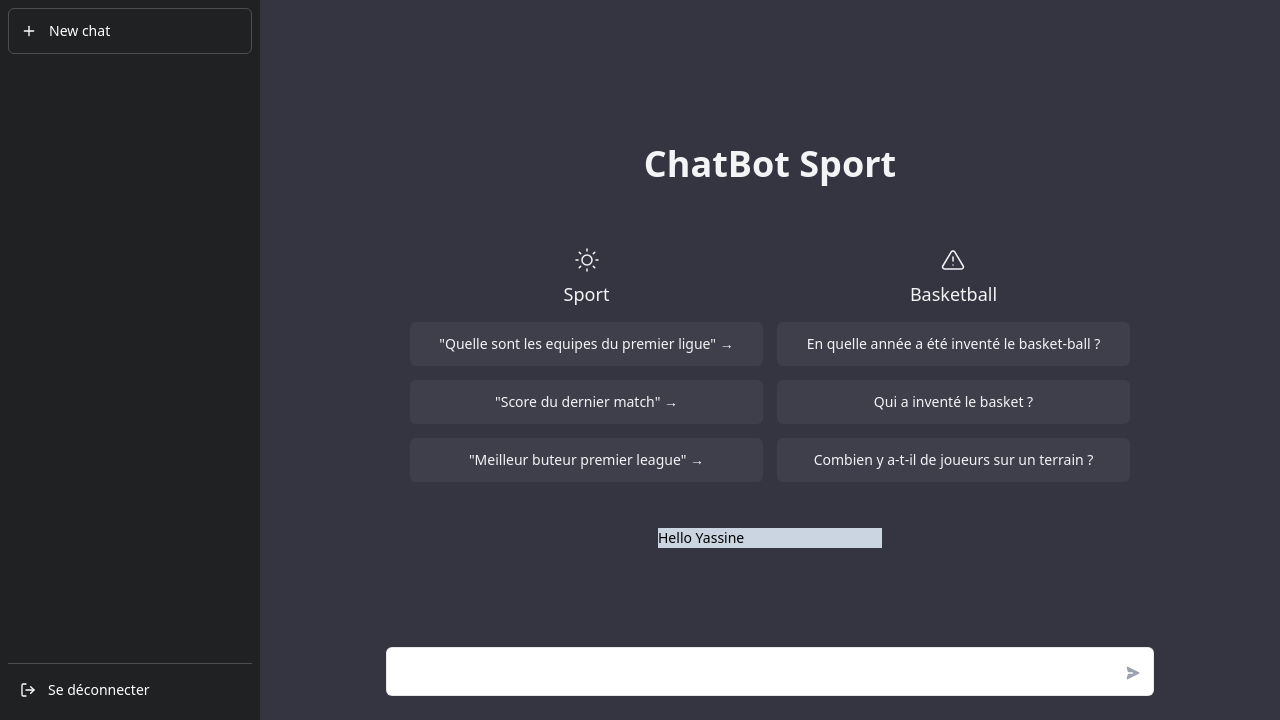
Repository: HaithemBenSlama/chatbot-front
Page: /, after clicking the first element matching `button.sc-gsFSXq`
These files come from the project's save history. The page is drawn as it stood at one moment and after the next save; the edit follows.
The browser window is 1280 px wide. The pictures show the whole page.
The project was rebuilt for these pictures with package versions that can differ from the ones it lists, and the page was loaded fresh each time. Also part of the build but not shown: src/constants/svg/lightningChargeIcon.js, src/constants/svg/externalLinkIcon.js, src/constants/svg/discordIcon.js, src/constants/svg/menuIcon.js, src/Components/Login/form-input.css.

Above is the page before, as saved 2023-05-01 22:03:40.

### src/App.js
import React from 'react'
import { LeftSection, RightSection } from './Components/main'
import { useState } from "react"
import Login from './Components/Login/Login';

const App = () => {
  const [isLoggedIn, setIsLoggedIn] = useState(false);
  return (
    <div>
      {isLoggedIn ? (
        <>
        <LeftSection setIsLoggedIn={setIsLoggedIn}/>
        <RightSection/>
        </>
      ) : (
        <Login setIsLoggedIn={setIsLoggedIn}/>
      )}
    </div>
  )
      }
export default App

### src/Components/main/index.js
import LeftSection from "./LeftSection";
import RightSection from "./RightSection";
import Footer from "./Footer";

export {RightSection, LeftSection, Footer}

### src/Components/Login/Login.jsx
import React from "react";
import "./login.css";
import * as Components from './Components';
import   { useState } from 'react';
import { useCookies } from "react-cookie";
import FormInput from "./FormInput";

const Login = ({setIsLoggedIn}) => {
    const [token,setToken]=useCookies(["user-token"]);
    const [signIn, toggle] = React.useState(true);
    const [data, setData] = useState();

    const [values, setValues] = useState({
        username: "",
        password: "",
    });
    const onChange = (e) => {
            setValues({ ...values, [e.target.name]: e.target.value });
    };

    const [valuesCreate, setValuesCreate] = useState({
        username: "",
        city: "",
        email: "",
        password: "",
    });
    const onChangeCreate = (e) => {
        setValuesCreate({ ...valuesCreate, [e.target.name]: e.target.value });
    };
    const handleSubmit = (e) => {
        e.preventDefault();
    };

    const inputs = [
        {
        id: 1,
        name: "username",
        type: "text",
        placeholder: "Username",
        errorMessage:
            "Username should be 3-16 characters and shouldn't include any special character!",
        label: "Username",
        pattern: "^[A-Za-z0-9]{3,16}$",
        required: true,
        },
        {
        id: 2,
        name: "password",
        type: "password",
        placeholder: "Password",
        errorMessage:
            "Password should be 8-20 characters and include at least 1 letter and 1 number!",
        label: "Password",
        pattern: `^(?=.*[0-9])(?=.*[a-zA-Z])[a-zA-Z0-9!@#$%^&*]{8,20}$`,
        required: true,
        },
    ];

    const inputsCreate = [
        {
        id: 1,
        name: "username",
        type: "text",
        placeholder: "Username",
        errorMessage:
            "Username should be 3-16 characters and shouldn't include any special character!",
        label: "Username",
        pattern: "^[A-Za-z0-9]{3,16}$",
        required: true,
        },
        {
            id: 2,
            name: "city",
            type: "text",
            placeholder: "City",
            errorMessage:
                "City name should be 3-16 characters and shouldn't include any special character!",
            label: "City",
            pattern: "^[A-Za-z]{3,16}$",
            required: true,
            },
        {
        id: 3,
        name: "email",
        type: "email",
        placeholder: "Email",
        errorMessage: "It should be a valid email address!",
        label: "Email",
        required: true,
        },
        {
        id: 4,
        name: "password",
        type: "password",
        placeholder: "Password",
        errorMessage:
            "Password should be 8-20 characters and include at least 1 letter and 1 number!",
        label: "Password",
        pattern: `^(?=.*[0-9])(?=.*[a-zA-Z])[a-zA-Z0-9!@#$%^&*]{8,20}$`,
        required: true,
        },
    ];

    const submitLog = async (e) => {
        e.preventDefault()
        const user = {
            username: values.username,
            password: values.password
        };
        const response=await fetch('http://127.0.0.1:8000/user/verif_user_login/', {
            method: 'POST',
            headers: {
                'accept': '*/*',
                'Content-Type':'multipart/form-data; boundary=--------------------------499310528544182401120976',
            },
            body:JSON.stringify(user)
        })
        const responseJson=await response.json();
        setToken("user-token",responseJson.usertoken);
    };

    const submitCreate = async (e) => {

        e.preventDefault()
        const user = {
            username: valuesCreate.username,
            city: valuesCreate.city,
            email: valuesCreate.email,
            password: valuesCreate.password
        };
        const response=await fetch('http://127.0.0.1:8000/user/verif_user/', {
            method: 'POST',
            headers: {
                'accept': '*/*',
                'Content-Type':'multipart/form-data; boundary=--------------------------499310528544182401120976',
            },
            body:JSON.stringify(user)
        })
        const responseJson=await response.json();
        setToken("user-token",responseJson.usertoken);
    };


        return(
            <div className="comp_body"><h1 className="logTitle">ChatBot</h1>
                <Components.Container>
                    <Components.SignUpContainer signinIn={signIn}>
                        <Components.Form  onSubmit={handleSubmit} >
                            <Components.Title>Create Account</Components.Title>
                            {inputsCreate.map((input) => (
                                <FormInput
                                    key={input.id}
                                    {...input}
                                    value={valuesCreate[input.name]}
                                    onChange={onChangeCreate}
                                />
                                ))}
                            <Components.Button onClick={submitCreate}>Sign Up</Components.Button>
                        </Components.Form>
                    </Components.SignUpContainer>

                    <Components.SignInContainer signinIn={signIn}>
                        <Components.Form >
                            <Components.Title>Log in</Components.Title>
                            {inputs.map((input) => (
                                <FormInput
                                    key={input.id}
                                    {...input}
                                    value={values[input.name]}
                                    onChange={onChange}
                                />
                                ))}
                            <Components.Anchor href='#'>Forgot your password?</Components.Anchor>
                            <Components.Button onClick={()=>{setIsLoggedIn(true)}} >Sign In</Components.Button>
                        </Components.Form>
                    </Components.SignInContainer>

                    <Components.OverlayContainer signinIn={signIn}>
                    <Components.Overlay signinIn={signIn}>

                    <Components.LeftOverlayPanel signinIn={signIn}>
                        <Components.Title>Welcome Back!</Components.Title>
                        <Components.Paragraph>
                            To keep connected with us please login with your personal info
                        </Components.Paragraph>
                        <Components.GhostButton onClick={() => toggle(true)}>
                            Sign In
                        </Components.GhostButton>
                        </Components.LeftOverlayPanel>

                        <Components.RightOverlayPanel signinIn={signIn}>
                            <Components.Title>Hello, Friend!</Components.Title>
                            <Components.Paragraph>
                                Enter Your personal details and start journey with us
                            </Components.Paragraph>
                                <Components.GhostButton onClick={() => toggle(false)}>
                                    Sigin Up
                                </Components.GhostButton>
                        </Components.RightOverlayPanel>

                    </Components.Overlay>
                </Components.OverlayContainer>

            </Components.Container>
        </div>
        )
}

export default Login;

### src/Components/main/LeftSection/index.js
import React from "react";
import { LogOutIcon,PlusIcon,} from "../../../constants";

const LeftSection = ({ show = false }) => {
  return (
    <div
      className={`${show && " flex flex-col"} ${
        !show && "hidden"
      } bg-black md:fixed md:inset-y-0 md:flex md:w-[260px] md:flex-col`}
    >
      <div className="flex h-full min-h-0 flex-col ">
        <div className="scrollbar-trigger flex h-full w-full flex-1 items-start border-white/20">
          <nav className="flex h-full flex-1 flex-col space-y-1 p-2">
            <a className="flex py-3 px-3 items-center gap-3 rounded-md hover:bg-gray-500/10 transition-colors duration-200 text-white cursor-pointer text-sm mb-2 flex-shrink-0 border border-white/20">
              <PlusIcon />
              New chat
            </a>
            <div className="flex-col flex-1 overflow-y-auto border-b border-white/20">
              <div className="flex flex-col gap-2 text-gray-100 text-sm">
                {/*  */}
              </div>
            </div>
              <a
                className="flex py-3 px-3 items-center gap-3 rounded-md hover:bg-gray-500/10 transition-colors duration-200 text-white cursor-pointer text-sm"
                href="/Login"
              >
                <LogOutIcon/>
                Se déconnecter
              </a>
          </nav>
        </div>
      </div>
    </div>
  );
};

export default LeftSection;

### src/Components/main/RightSection/index.js
import { CautionIcon, LightningChargeIcon, SunIcon } from "../../../constants";
import Footer from "../Footer";

const RightSection = () => {
  return (
    <div className="flex h-full flex-1 flex-col md:pl-[260px]">
      <main className="relative h-full w-full transition-width flex flex-col overflow-hidden items-stretch flex-1">
        <div className="flex-1 overflow-hidden">
          <div className="flex flex-col items-center text-sm h-full md:h-screen bg-lightBlack">
            <div className="text-gray-800 w-full md:max-w-2xl lg:max-w-3xl md:h-full md:flex md:flex-col px-6">
              <h1 className="text-4xl text-gray-100 font-semibold text-center mt-6 sm:mt-[20vh] ml-auto mr-auto mb-10 sm:mb-16">
                ChatBot Sport
              </h1>
              <div className="md:flex items-start text-center gap-3.5">
                {[
                  {
                    icon: <SunIcon />,
                    title: "Sport",
                    subTitle: [
                      `"Quelle sont les equipes du premier ligue" →`,
                      `"Score du dernier match" →`,
                      `"Meilleur buteur premier league" →`,
                    ],
                    hover: true,
                  },
                  {
                    icon: <CautionIcon />,
                    title: "Basketball",
                    subTitle: [
                      `En quelle année a été inventé le basket-ball ?`,
                      `Qui a inventé le basket ?`,
                      `Combien y a-t-il de joueurs sur un terrain ?`,
                    ],
                    hover: false,
                  },
                ].map((item, index) => (
                  <div
                    className="flex flex-col mb-8 md:mb-auto gap-3.5 flex-1"
                    key={index}
                  >
                    <h2 className="flex gap-3 text-gray-100 items-center m-auto text-lg font-normal md:flex-col md:gap-2">
                      {item.icon}
                      {item.title}
                    </h2>
                    <ul className="flex flex-col gap-3.5 w-full sm:max-w-md m-auto">
                      {item.subTitle.map((subTitle, subTitleIndex) => (
                        <button
                          className={`w-full bg-gray-50 text-gray-100 bg-white/5 p-3 rounded-md ${
                            item.hover
                              ? "hover:bg-gray-200 dark:hover:bg-gray-900 cursor-pointer"
                              : "cursor-text"
                          }`}
                          key={subTitleIndex}
                        >
                          {subTitle}
                        </button>
                      ))}
                    </ul>
                  </div>
                ))}
              </div>
            </div>
            <div className="mx-20 w-56 h-48 flex-shrink-0">
              <p className="bg-slate-300">Hello Yassine</p>
            </div>
          </div>
        </div>
        <Footer />
      </main>
    </div>
  );
};

export default RightSection;

### src/Components/main/Footer/index.js
import React from "react";
import { PlaneIcon, UserIcon } from "../../../constants";

const Footer = () => {
  return (
    <div className="absolute bottom-0 left-0 w-full border-t md:border-t-0 dark:border-white/20 md:border-transparent md:dark:border-transparent md:bg-vert-light-gradient bg-gray-800 md:!bg-transparent">
      <form className="mx-2 flex flex-row gap-3 pt-2 last:mb-2 md:last:mb-6 lg:mx-auto lg:max-w-3xl lg:pt-6">
        <div className="relative flex h-full flex-1 md:flex-col">
          <div className="ml-1 mt-1.5 md:w-full md:m-auto md:flex md:mb-2 gap-2 justify-center">
            <div className="text-gray-100 p-1 md:hidden">
              <UserIcon />
            </div>
          </div>
          {/* Input */}
          <div className="flex flex-col w-full py-2 pl-3 flex-grow md:py-3 md:pl-4 relative border border-black/10 bg-white dark:border-gray-900/50 dark:text-white rounded-md bg-[rgba(64,65,79,var(--tw-bg-opacity))]">
            <textarea
              tabIndex="0"
              data-id="root"
              rows="1"
              className="m-0 w-full resize-none border-0 bg-transparent p-0 pr-7 focus:ring-0 focus-visible:ring-0 dark:bg-transparent outline-none overflow-y-hidden h-[23px]"
            ></textarea>
            <button className="absolute p-1 rounded-md text-gray-400 bottom-1.5 right-1 md:bottom-2.5 md:right-2 hover:bg-black">
              <PlaneIcon />
            </button>
          </div>
        </div>
      </form>
    </div>
  );
};

export default Footer;

### src/Components/Login/login.css
* {
    box-sizing: border-box;
}

.comp_body {
    background: #f6f5f7;
    display: flex;
    justify-content: center;
    align-items: center;
    flex-direction: column;
    font-family: "Montserrat", sans-serif;
    height: 100vh;
    margin: -20px 0 50px;
}
.logTitle {
    font-size: 3rem;
    font-weight: 600;
    text-align: center;
    margin-bottom: 2rem;
    color: #038c7a;
    text-shadow: 2px 2px 0px #f2f2f2, -2px -2px 0px #f2f2f2, 2px -2px 0px #f2f2f2, -2px 2px 0px #f2f2f2;
    text-transform: uppercase;
    letter-spacing: 3px;
    line-height: 1;
    position: relative;
}
.logTitle:before{
    content: "";
    width: 100%;
    height: 1px;
    position: absolute;
    bottom: -0.5rem;
    left: 0;
    background-color: #5c5c5c;
}

### src/Components/Login/Components.js
import styled from 'styled-components';

export const Container = styled.div`
background-color: #fff;
border-radius: 10px;
box-shadow: 0 14px 28px rgba(0, 0, 0, 0.25), 0 10px 10px rgba(0, 0, 0, 0.22);
position: relative;
overflow: hidden;
width: 678px;
max-width: 100%;
min-height: 450px;
`;

export const SignUpContainer = styled.div`
position: absolute;
top: 0;
height: 100%;
transition: all 0.6s ease-in-out;
left: 0;
width: 50%;
opacity: 0;
z-index: 1;
${props => props.signinIn !== true ? `
    transform: translateX(100%);
    opacity: 1;
    z-index: 5;
`
: null}
`;


export const SignInContainer = styled.div`
position: absolute;
top: 0;
height: 100%;
transition: all 0.6s ease-in-out;
left: 0;
width: 50%;
z-index: 2;
${props => (props.signinIn !== true ? `transform: translateX(100%);` : null)}
`;

export const Form = styled.div`
background-color: #ffffff;
display: flex;
align-items: center;
justify-content: center;
flex-direction: column;
padding: 0 50px;
height: 100%;
text-align: center;
`;

export const Title = styled.h1`
font-weight: bold;
margin-bottom: 15px;
`;

export const Input = styled.input`
background-color: #eee;
border: none;
padding: 12px 15px;
margin: 8px 0;
width: 100%;
`;


export const Button = styled.button`
    border-radius: 20px;
    border: 1px solid #1775d2;
    background-color: #1775d2;
    color: #ffffff;
    font-size: 12px;
    font-weight: bold;
    padding: 12px 45px;
    letter-spacing: 1px;
    text-transform: uppercase;
    transition: transform 80ms ease-in;
    &:active{
        transform: scale(0.95);
    }
    &:focus {
        outline: none;
    }
`;
export const GhostButton = styled(Button)`
background-color: transparent;
border-color: #ffffff;
`;

export const Anchor = styled.a`
color: #333;
font-size: 14px;
text-decoration: none;
margin: 15px 0;
`;
export const OverlayContainer = styled.div`
position: absolute;
top: 0;
left: 50%;
width: 50%;
height: 100%;
overflow: hidden;
transition: transform 0.6s ease-in-out;
z-index: 100;
${props =>
props.signinIn !== true ? `transform: translateX(-100%);` : null}
`;

export const Overlay = styled.div`
background: #1775d2;
background: -webkit-linear-gradient(to right, #1775d2, #25b579);
background: linear-gradient(to right, #1775d2,#1775d2);
background-repeat: no-repeat;
background-size: cover;
background-position: 0 0;
color: #ffffff;
position: relative;
left: -100%;
height: 100%;
width: 200%;
transform: translateX(0);
transition: transform 0.6s ease-in-out;
${props => (props.signinIn !== true ? `transform: translateX(50%);` : null)}
`;

export const OverlayPanel = styled.div`
    position: absolute;
    display: flex;
    align-items: center;
    justify-content: center;
    flex-direction: column;
    padding: 0 40px;
    text-align: center;
    top: 0;
    height: 100%;
    width: 50%;
    transform: translateX(0);
    transition: transform 0.6s ease-in-out;
`;

export const LeftOverlayPanel = styled(OverlayPanel)`
transform: translateX(-20%);
${props => props.signinIn !== true ? `transform: translateX(0);` : null}
`;

export const RightOverlayPanel = styled(OverlayPanel)`
    right: 0;
    transform: translateX(0);
    ${props => props.signinIn !== true ? `transform: translateX(20%);` : null}
`;

export const Paragraph = styled.p`
font-size: 14px;
font-weight: 100;
line-height: 20px;
letter-spacing: 0.5px;
margin: 20px 0 30px
`;

### src/Components/Login/FormInput.jsx
import { useState } from "react";
import "./form-input.css";

const FormInput = (props) => {
const [focused, setFocused] = useState(false);
const { label, errorMessage, onChange, id, ...inputProps } = props;

const handleFocus = (e) => {
    setFocused(true);
};

return (
    <div className="formInput">
    <input className="inputAuth"
        {...inputProps}
        onChange={onChange}
        onBlur={handleFocus}
        onFocus={() =>
        inputProps.name === "confirmPassword" && setFocused(true)
        }
        focused={focused.toString()}
    />
    <span className="spanAuth">{errorMessage}</span>
    </div>
);
};

export default FormInput;

### src/constants/index.js
import SunIcon from "./svg/sunIcon";
import LightningChargeIcon from "./svg/lightningChargeIcon";
import CautionIcon from "./svg/cautionIcon";
import PlaneIcon from "./svg/planeIcon";
import PlusIcon from "./svg/plusIcon";
import ExternalLinkIcon from "./svg/externalLinkIcon";
import DiscordIcon from "./svg/discordIcon";
import LogOutIcon from "./svg/logOutIcon";
import MenuIcon from "./svg/menuIcon";
import UserIcon from "./svg/userIcon";

export {
  SunIcon,
  LightningChargeIcon,
  CautionIcon,
  PlaneIcon,
  PlusIcon,
  DiscordIcon,
  ExternalLinkIcon,
  LogOutIcon,
  MenuIcon,
  UserIcon,
};

### src/constants/svg/sunIcon.js
import React from "react";

const SunIcon = ({ className = "h-6 w-6", strokeWidth = "1.5" }) => {
  return (
    <svg
      stroke="currentColor"
      fill="none"
      strokeWidth={strokeWidth}
      viewBox="0 0 24 24"
      strokeLinecap="round"
      strokeLinejoin="round"
      className={className}
      height="1em"
      width="1em"
      xmlns="http://www.w3.org/2000/svg"
    >
      <circle cx="12" cy="12" r="5"></circle>
      <line x1="12" y1="1" x2="12" y2="3"></line>
      <line x1="12" y1="21" x2="12" y2="23"></line>
      <line x1="4.22" y1="4.22" x2="5.64" y2="5.64"></line>
      <line x1="18.36" y1="18.36" x2="19.78" y2="19.78"></line>
      <line x1="1" y1="12" x2="3" y2="12"></line>
      <line x1="21" y1="12" x2="23" y2="12"></line>
      <line x1="4.22" y1="19.78" x2="5.64" y2="18.36"></line>
      <line x1="18.36" y1="5.64" x2="19.78" y2="4.22"></line>
    </svg>
  );
};

export default SunIcon;

### src/constants/svg/cautionIcon.js
import React from "react";

const CautionIcon = () => {
  return (
    <svg
      stroke="currentColor"
      fill="none"
      strokeWidth="1.5"
      viewBox="0 0 24 24"
      strokeLinecap="round"
      strokeLinejoin="round"
      className="h-6 w-6"
      height="1em"
      width="1em"
      xmlns="http://www.w3.org/2000/svg"
    >
      <path d="M10.29 3.86L1.82 18a2 2 0 0 0 1.71 3h16.94a2 2 0 0 0 1.71-3L13.71 3.86a2 2 0 0 0-3.42 0z"></path>
      <line x1="12" y1="9" x2="12" y2="13"></line>
      <line x1="12" y1="17" x2="12.01" y2="17"></line>
    </svg>
  );
};

export default CautionIcon;

### src/constants/svg/planeIcon.js
import React from "react";

const PlaneIcon = () => {
  return (
    <svg
      stroke="currentColor"
      fill="currentColor"
      strokeWidth="0"
      viewBox="0 0 20 20"
      className="h-4 w-4 rotate-90"
      height="1em"
      width="1em"
      xmlns="http://www.w3.org/2000/svg"
    >
      <path d="M10.894 2.553a1 1 0 00-1.788 0l-7 14a1 1 0 001.169 1.409l5-1.429A1 1 0 009 15.571V11a1 1 0 112 0v4.571a1 1 0 00.725.962l5 1.428a1 1 0 001.17-1.408l-7-14z"></path>
    </svg>
  );
};

export default PlaneIcon;

### src/constants/svg/plusIcon.js
import React from "react";

const PlusIcon = ({ className = "h-4 w-4" }) => {
  return (
    <svg
      stroke="currentColor"
      fill="none"
      strokeWidth="2"
      viewBox="0 0 24 24"
      strokeLinecap="round"
      strokeLinejoin="round"
      className={className}
      height="1em"
      width="1em"
      xmlns="http://www.w3.org/2000/svg"
    >
      <line x1="12" y1="5" x2="12" y2="19"></line>
      <line x1="5" y1="12" x2="19" y2="12"></line>
    </svg>
  );
};

export default PlusIcon;

### src/constants/svg/logOutIcon.js
import React from "react";

const LogOutIcon = () => {
  return (
    <svg
      stroke="currentColor"
      fill="none"
      strokeWidth="2"
      viewBox="0 0 24 24"
      strokeLinecap="round"
      strokeLinejoin="round"
      className="h-4 w-4"
      height="1em"
      width="1em"
      xmlns="http://www.w3.org/2000/svg"
    >
      <path d="M9 21H5a2 2 0 0 1-2-2V5a2 2 0 0 1 2-2h4"></path>
      <polyline points="16 17 21 12 16 7"></polyline>
      <line x1="21" y1="12" x2="9" y2="12"></line>
    </svg>
  );
};

export default LogOutIcon;

### src/constants/svg/userIcon.js
import React from "react";

const UserIcon = () => {
  return (
    <svg
      xmlns="http://www.w3.org/2000/svg"
      fill="none"
      viewBox="0 0 24 24"
      strokeWidth={1.5}
      stroke="currentColor"
      className="w-6 h-6"
    >
      <path
        strokeLinecap="round"
        strokeLinejoin="round"
        d="M15.75 6a3.75 3.75 0 11-7.5 0 3.75 3.75 0 017.5 0zM4.501 20.118a7.5 7.5 0 0114.998 0A17.933 17.933 0 0112 21.75c-2.676 0-5.216-.584-7.499-1.632z"
      />
    </svg>
  );
};

export default UserIcon;

### tailwind.config.js
/** @type {import('tailwindcss').Config} */
module.exports = {
  content: ["./src/**/*.{js,jsx,ts,tsx}"],
  theme: {
    extend: {
      colors: {
        black: "#202123",
        lightBlack: "#343541",
      },
    },
  },
  plugins: [],
};

Loaded but not shown: public/index.html (common file); src/index.js (common file); src/index.css (common file)

After the next save:
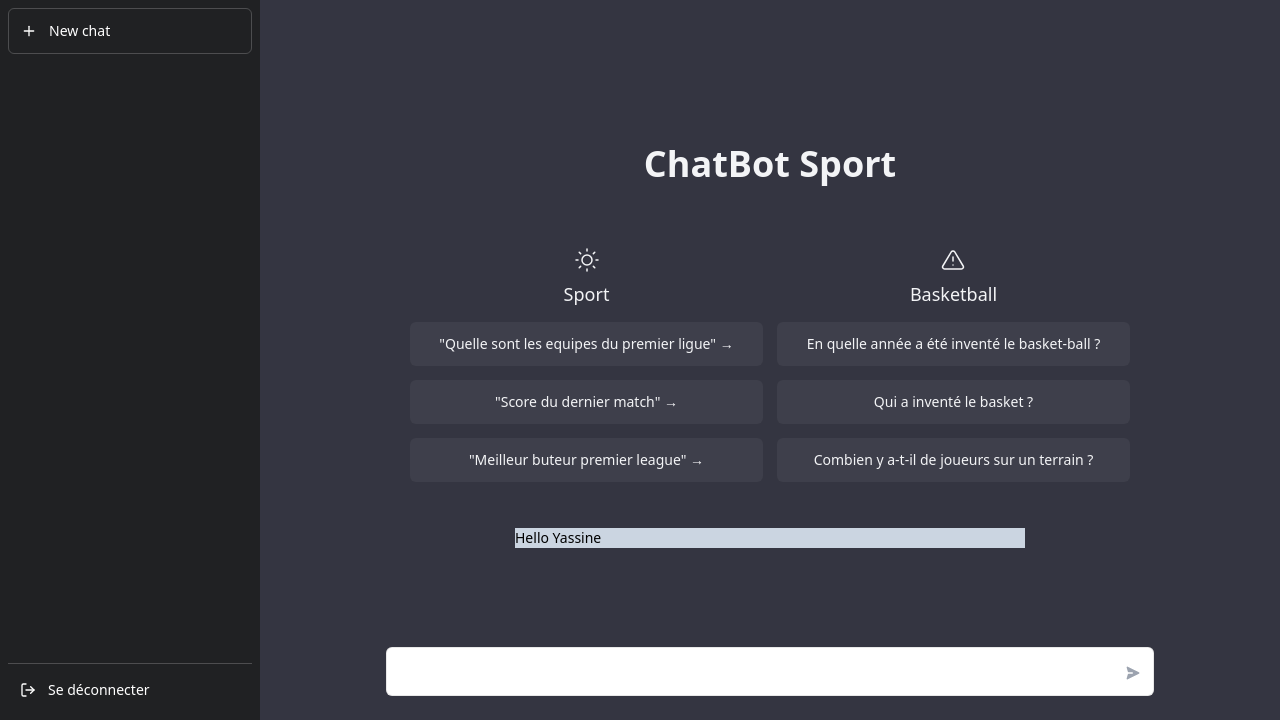
Saved 11 s later.
--- a/src/Components/main/RightSection/index.js
+++ b/src/Components/main/RightSection/index.js
@@ -60,7 +60,7 @@ const RightSection = () => {
                 ))}
               </div>
             </div>
-            <div className="mx-20 w-56 h-48 flex-shrink-0">
+            <div className="mx-20 w-1/2 h-48 flex-shrink-0">
               <p className="bg-slate-300">Hello Yassine</p>
             </div>
           </div>
